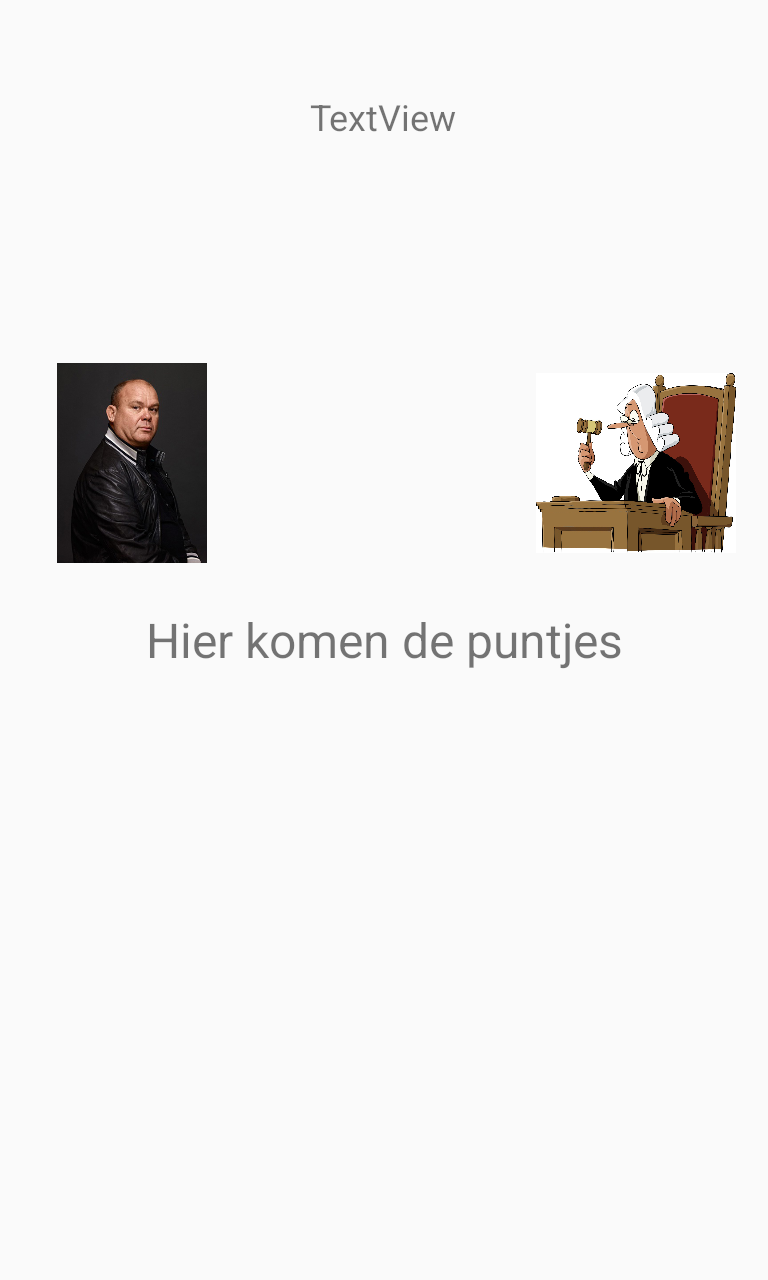
Repository: Sjaakja/hangman_app_studio
Layout: workspace/Hangman-TimeToSaveYourFriends/res/layout/activity_play.xml
An editor plug-in stored every save of this project. The layout is shown before and after the next save, followed by the edit.
It is drawn on a 768 x 1280 px phone screen (xhdpi) without system bars, with theme AppTheme; the app's code is not run.

Above is the layout before, as saved 2014-06-14 10:31:30.

After the next save:
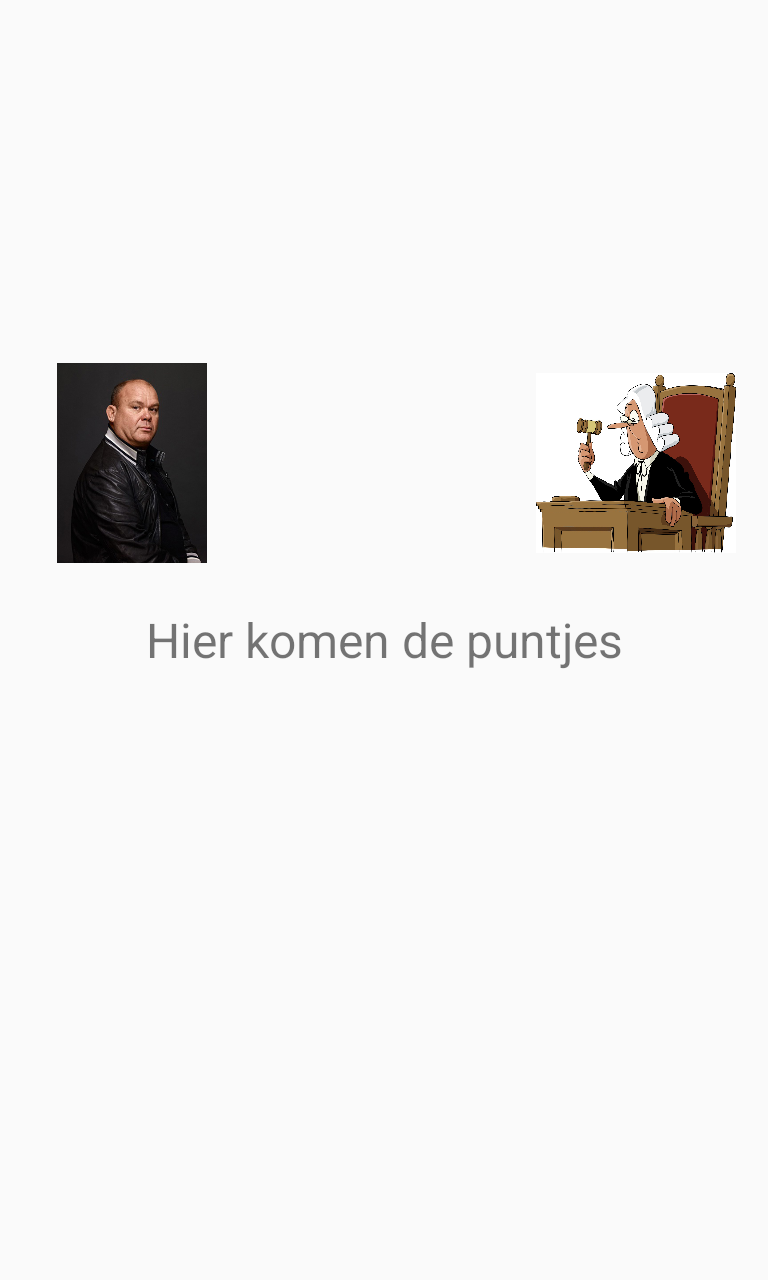
Saved 30 s later.
--- a/workspace/Hangman-TimeToSaveYourFriends/res/layout/activity_play.xml
+++ b/workspace/Hangman-TimeToSaveYourFriends/res/layout/activity_play.xml
@@ -42,7 +42,6 @@
         android:layout_alignParentTop="true"
         android:layout_centerHorizontal="true"
         android:layout_marginTop="30dp"
-        android:textSize="18sp"
-        android:text="TextView" />
+        android:textSize="18sp" />
 
 </RelativeLayout>
